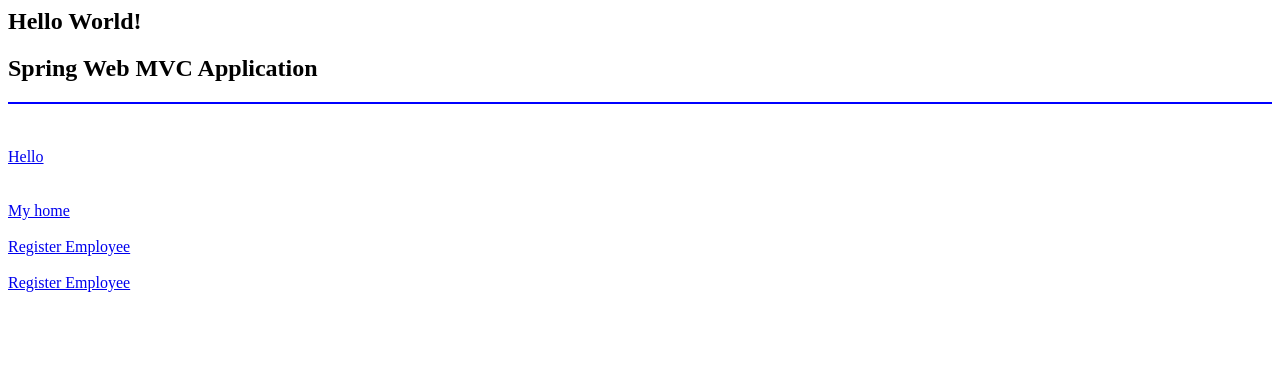
Repository: bharatiba/spring-training
Page: http://localhost/spring-web/
The author's editor kept a copy of each file at every save. The page is drawn from the files as they stood at one save, then again after the next save.
The browser window is 1280 px wide. The pictures show the whole page.
The page is served by Tomcat 9.

Above is the page before, as saved 2022-03-02 04:52:24.

After the next save:
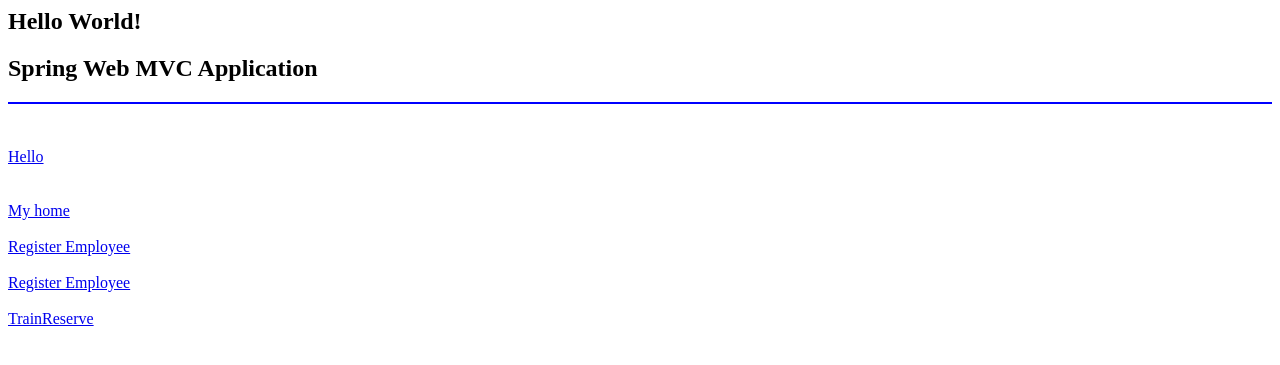
Saved 58 s later.
--- a/spring-web/src/main/webapp/index.jsp
+++ b/spring-web/src/main/webapp/index.jsp
@@ -22,6 +22,9 @@
 <a href="signin">Register Employee</a>
 <br>
 
+<br>
+<a href="signin">TrainReserve</a>
+<br>
 </div>
 </body>
 </html>
